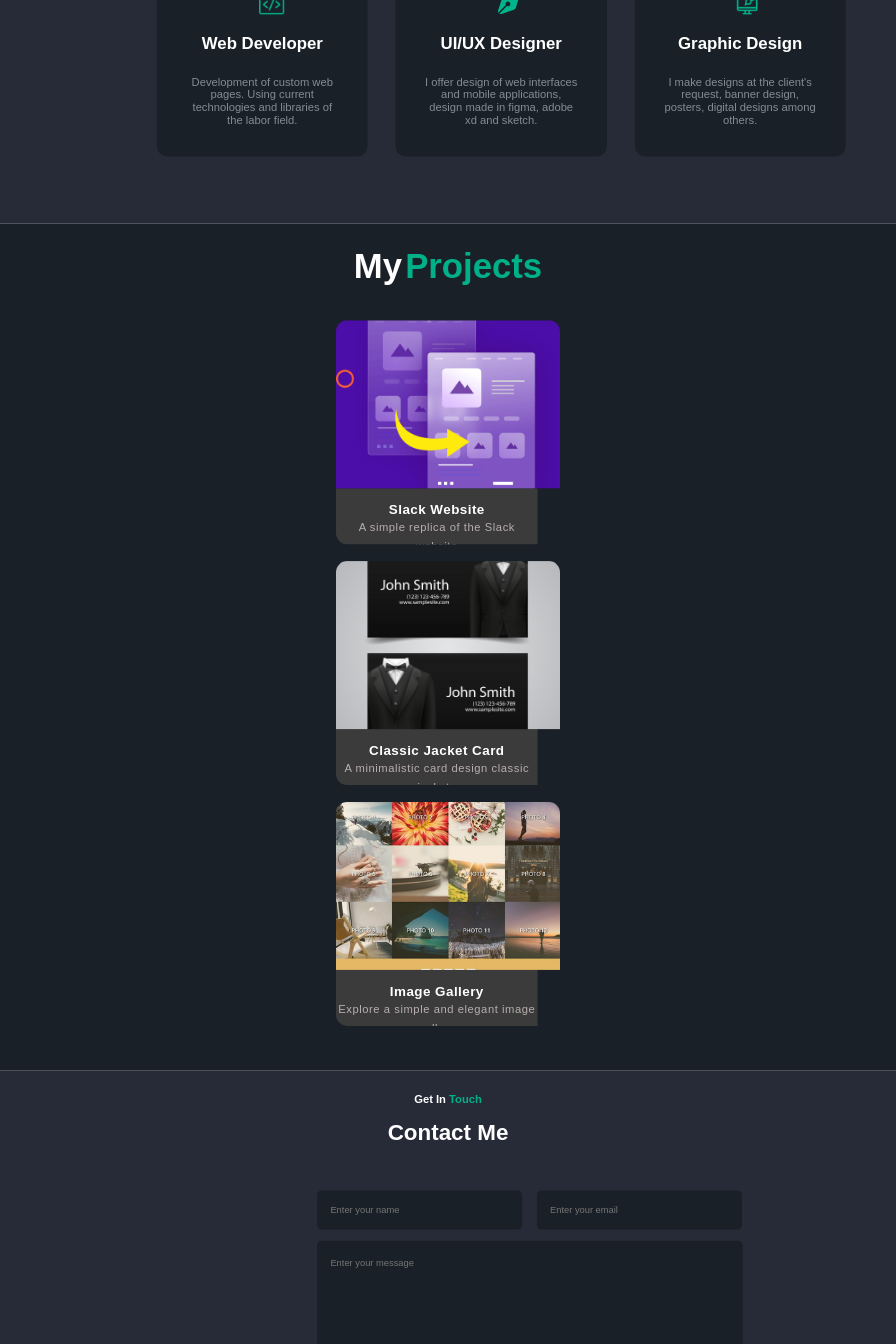
Repository: PraffulPatel27/Portfolio_2.0
Page: index.html
An editor plug-in stored every save of this project. The page is shown before and after a run of saves, followed by the edit.
The browser window is 1280 px wide. The pictures show the part of the page from y = 2012 to 3932 px (the page is 4504 px tall), at 70% of full size.

Above is the page before, as saved 2024-01-30 15:17:08.

After the next 2 saves:
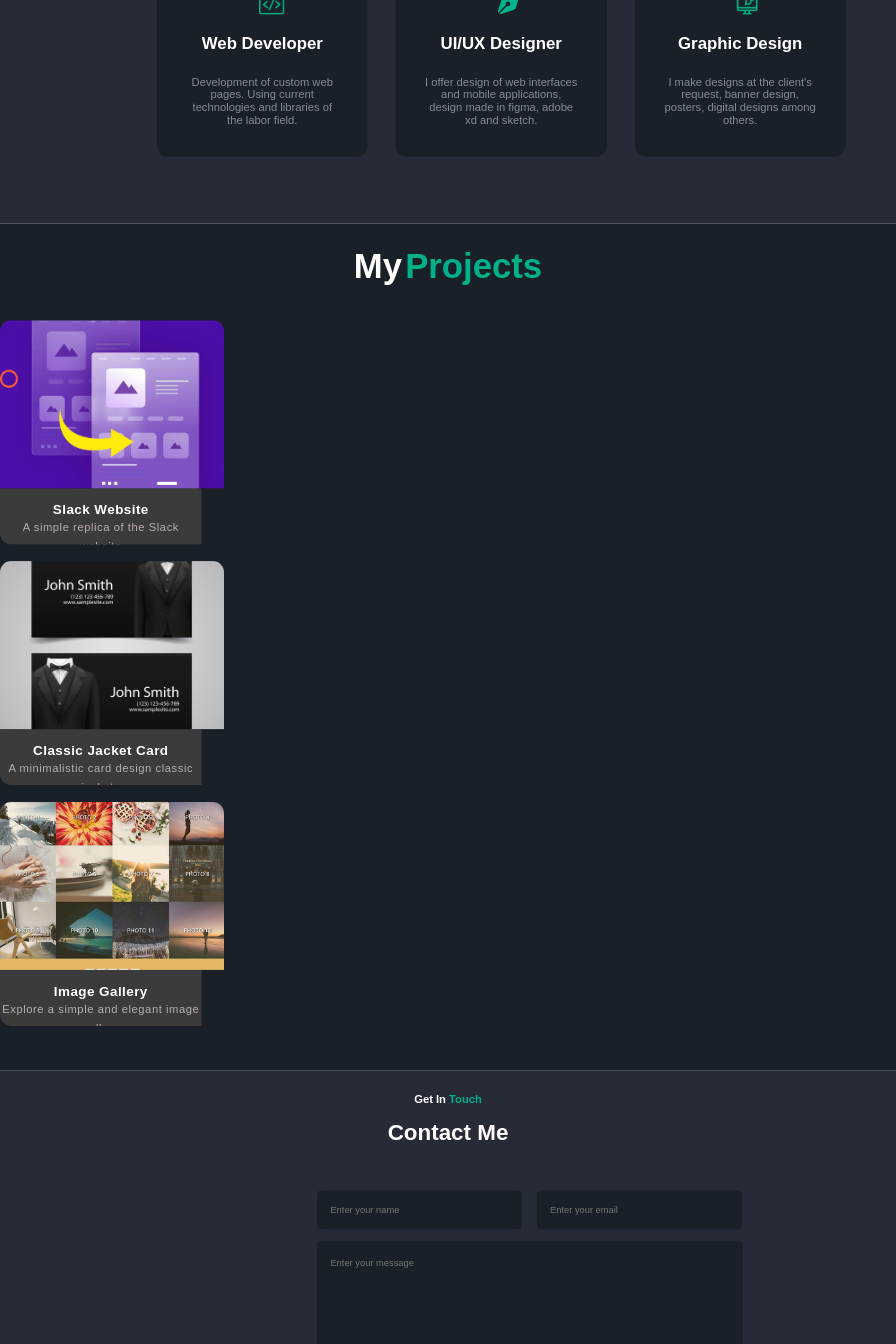
The 2 saves are shown as one change because they came seconds apart.
The last was saved 18 s later.
--- a/style.css
+++ b/style.css
@@ -397,13 +397,13 @@
 }
 .projects-box {
     margin-top: 3rem;
+    /* display: grid;
+    flex-wrap: wrap;
+    justify-content: space-evenly; */
+    /* padding: 2rem 8rem 2rem 8rem; */
+    /* border: 1px solid #00B089; */
+
     display: grid;
-    flex-wrap: wrap;
-    justify-content: space-evenly;
-    /* padding: 2rem 8rem 2rem 8rem; */
-    /* border: 1px solid #00B089; */
-
-    /* display: grid; */
     grid-gap: 1.5rem;
 }
 .part-2 {
